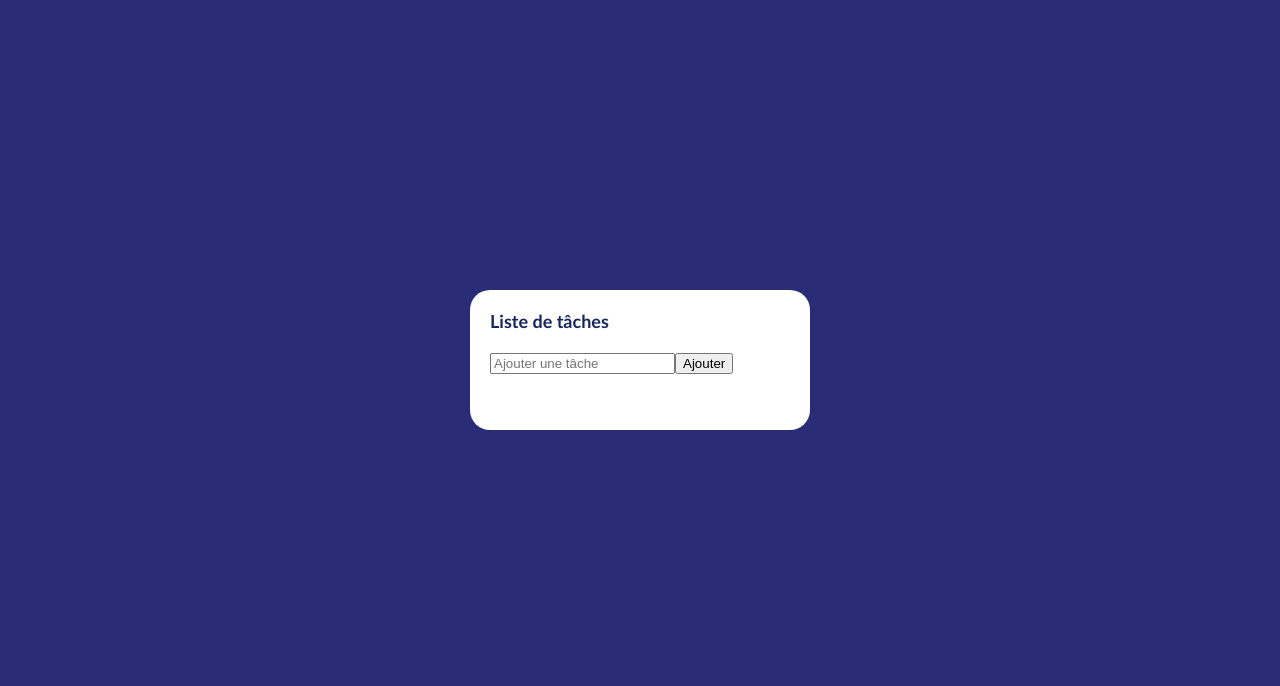
Repository: ndiemenguer/convertisseur
Page: / (app in todo-isep/)
These files come from the project's save history. The page is drawn as it stood at one moment and after the next save; the edit follows.
The browser window is 1280 px wide. The pictures show the whole page.
The project was rebuilt for these pictures with package versions that can differ from the ones it lists, and the page was loaded fresh each time. Also part of the build but not shown: todo-isep/vite.config.js, todo-isep/src/Application.jsx, todo-isep/src/index.css.

Above is the page before, as saved 2023-05-06 12:15:26.

### todo-isep/src/main.jsx
import React from 'react'
import ReactDOM from 'react-dom/client'
import App from './App.jsx'
import ApplicationDev from './Application.jsx'
import './index.css'


ReactDOM.createRoot(document.getElementById('root')).render(
  <React.StrictMode>
    <App />
  </React.StrictMode>,
)

### todo-isep/src/App.jsx
import "./App.css";

function App() {
  return (
    <>
      <main className="container">
        <div className="title">Liste de tâches</div>
        <div className="input-box">
          <input type="text" placeholder="Ajouter une tâche" />
          <button>Ajouter</button>
        </div>
        <div className="todo-list"></div>
      </main>
    </>
  );
}

export default App;

### todo-isep/src/App.css
body {
  background: #2a2c76;
  display: flex;
  height: 100vh;
  width: 100vw;
  margin: 0;
  justify-content: center;
  align-items: center;
  font-family: calibri;
}

.container {
  background: white;
  width: 300px;
  min-height: 100px;
  border-radius: 20px;
  display: flex;
  flex-direction: column;
  gap: 20px;
  padding: 20px;
}

.container .title {
  font-size: 18px;
  font-weight: 600;
  color: #17275c;
}

.input-box {
}

.todo-list {
  display: flex;
  flex-direction: column;
  gap: 10px;
}

Loaded but not shown: todo-isep/index.html (common file)

After the next save:
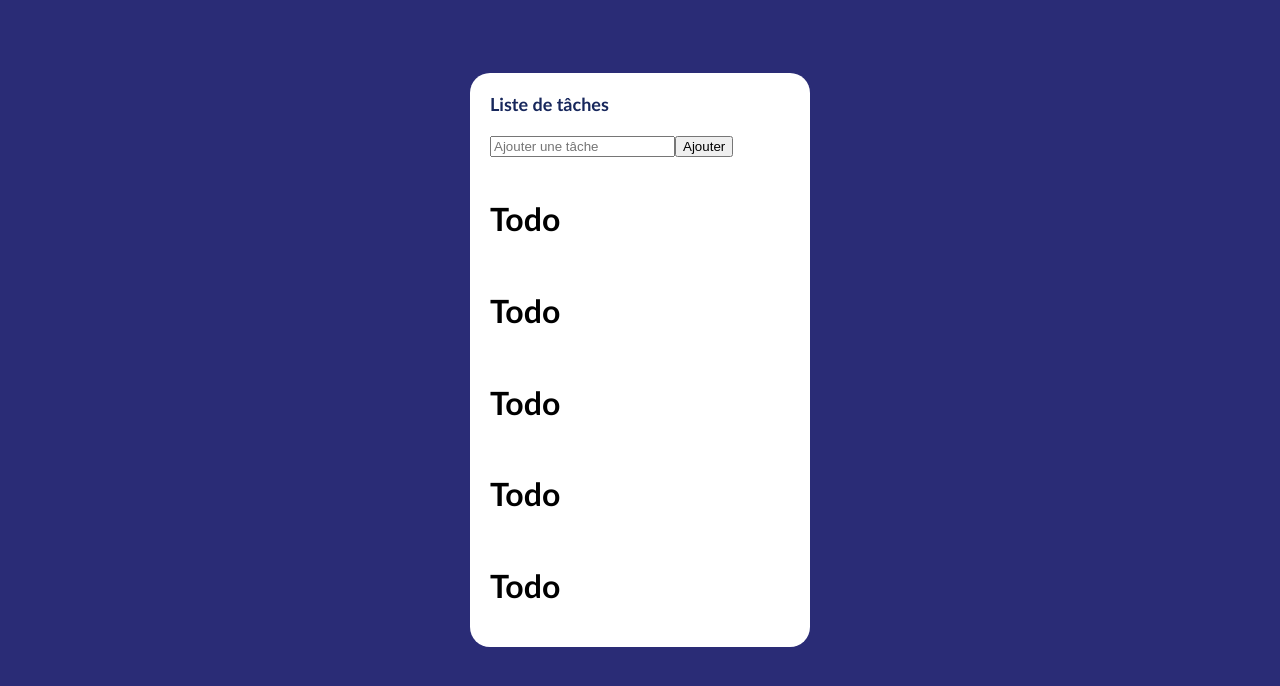
Saved 9 s later.
--- a/todo-isep/src/App.jsx
+++ b/todo-isep/src/App.jsx
@@ -9,7 +9,13 @@ function App() {
           <input type="text" placeholder="Ajouter une tâche" />
           <button>Ajouter</button>
         </div>
-        <div className="todo-list"></div>
+        <div className="todo-list">
+          <h1>Todo</h1>
+          <h1>Todo</h1>
+          <h1>Todo</h1>
+          <h1>Todo</h1>
+          <h1>Todo</h1>
+        </div>
       </main>
     </>
   );
